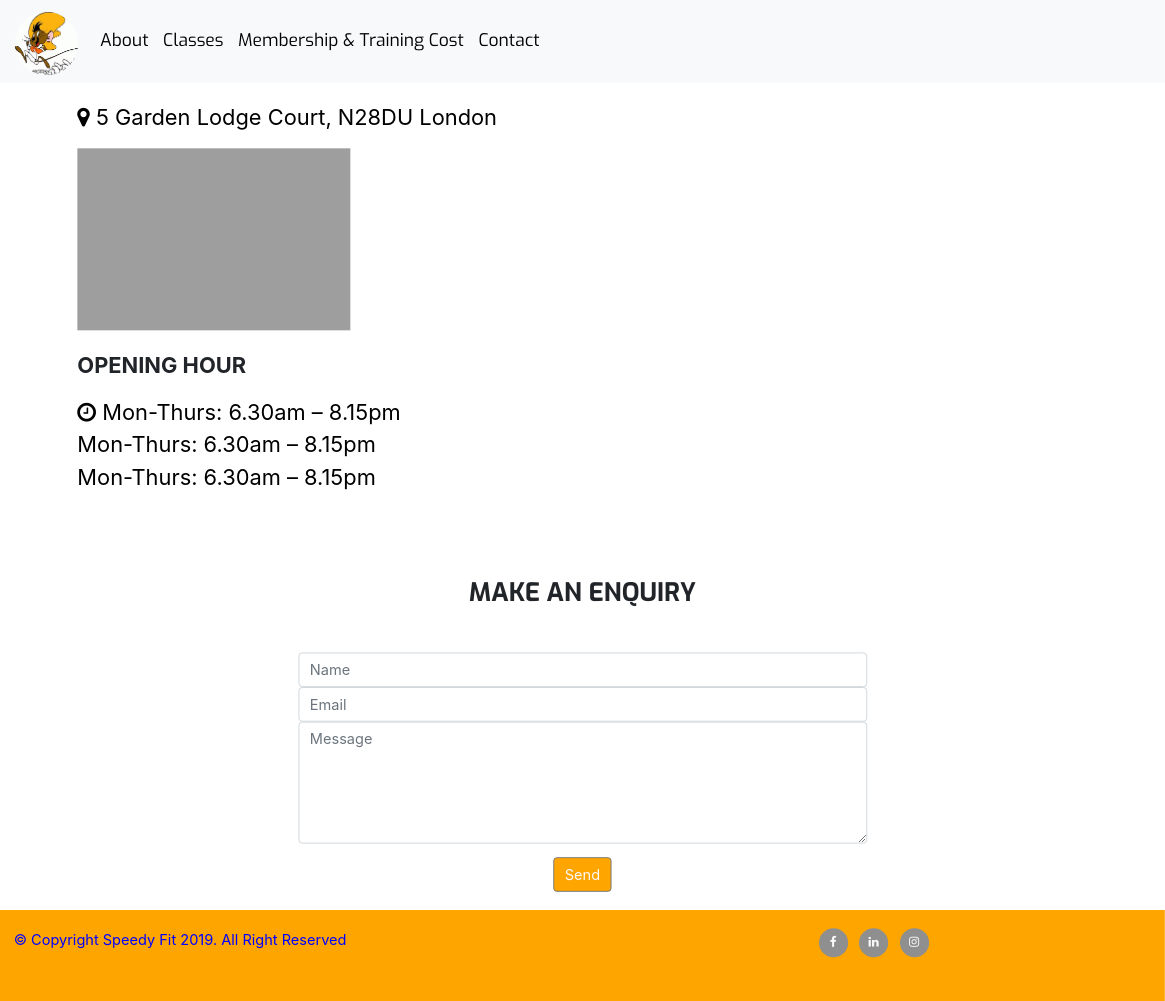
Repository: marcomoreschi/Milestrone-project
Page: contact.html
The author's editor kept a record of every edit. The page is drawn from the files as they stood at one moment, then again after the next edit.
The browser window is 1280 px wide. The pictures show the whole page, at 91% of full size.
Pictures or frames that could not be fetched are drawn as grey boxes. Some web libraries are served in a nearby version.

Above is the page before.

After the next edit:
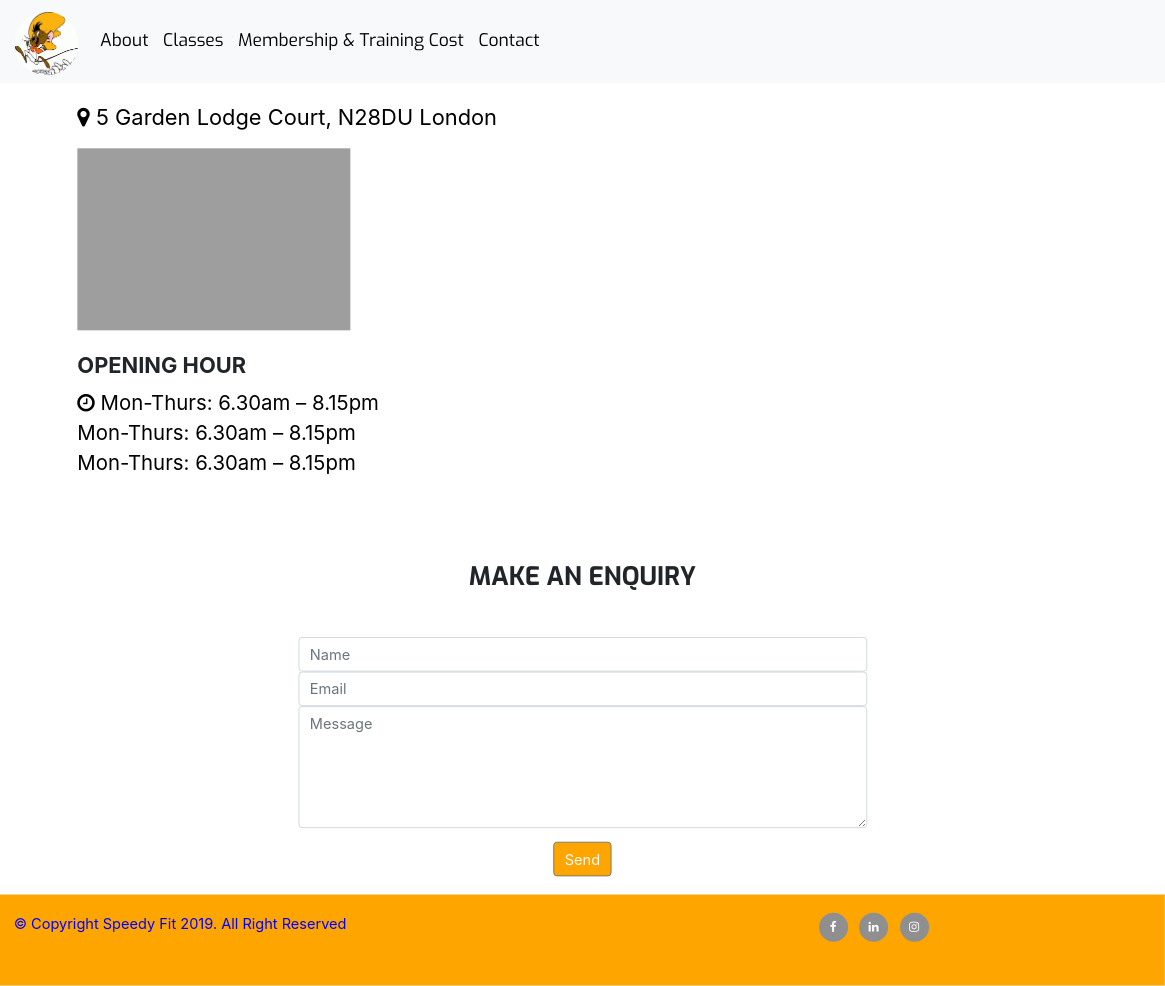
The edit:
--- a/assets/css/style.css
+++ b/assets/css/style.css
@@ -58,7 +58,7 @@
 
 .opening-hour p {
     text-align: left;
-    padding-top: 10px;
+    font-size: 1.4em;
 }
 
 .opening-hour h4 {
